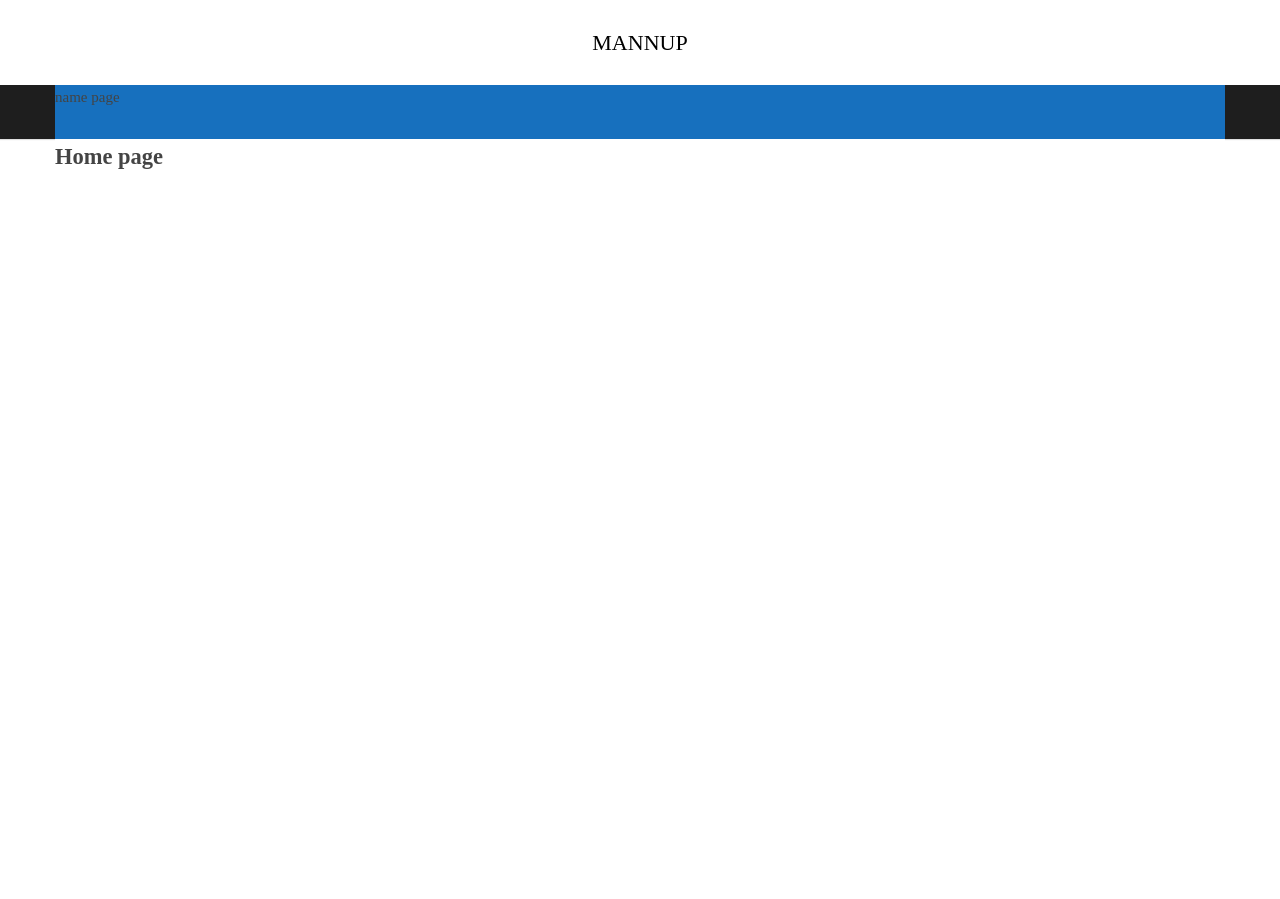
Repository: SyLe-Van/Make-Colorful
Page: /
These files come from the project's save history. The page is drawn as it stood at one moment and after the next save; the edit follows.
The browser window is 1280 px wide. The pictures show the whole page.
Some web fonts or font styles are not loaded; a fallback is used. The project was rebuilt for these pictures with package versions that can differ from the ones it lists, and the page was loaded fresh each time. Also part of the build but not shown: src/pages/cinema/index.js, src/pages/fashion/index.js, src/pages/grooming/index.js, src/pages/lifestyle/index.js, src/pages/contact/index.js.

Above is the page before, as saved 2023-10-10 21:58:38.

### src/index.js
import React from 'react';
import ReactDOM from 'react-dom/client';
import App from '~/App';
import reportWebVitals from './reportWebVitals';
import GlobalStyles from '~/components/GlobalStyles';
const root = ReactDOM.createRoot(document.getElementById('root'));
root.render(
    <React.StrictMode>
        <GlobalStyles>
            <App />
        </GlobalStyles>
    </React.StrictMode>,
);

// If you want to start measuring performance in your app, pass a function
// to log results (for example: reportWebVitals(console.log))
// or send to an analytics endpoint. Learn more: https://bit.ly/CRA-vitals
reportWebVitals();

### src/App.js
import { BrowserRouter as Router, Routes, Route } from 'react-router-dom';
import Home from '~/pages/home';
import Cinema from '~/pages/cinema';
import Fashion from '~/pages/fashion';
import Grooming from '~/pages/grooming';
import LifeStyle from '~/pages/lifestyle';
import { publicRoutes } from './routes';
import { Component } from 'react';
import { DefaultLayout } from '~/components/Layout';
import { Fragment } from 'react';
function App() {
    return (
        <Router>
            <div className="App">
                <Routes>
                    {publicRoutes.map((route, index) => {
                        const Layout = route.layout === null ? Fragment : DefaultLayout;
                        const Page = route.component;
                        return (
                            <Route
                                key={index}
                                path={route.path}
                                element={
                                    <Layout>
                                        <Page />
                                    </Layout>
                                }
                            />
                        );
                    })}
                </Routes>
            </div>
        </Router>
    );
}

export default App;

### src/routes/index.js
import Home from '~/pages/home';
import Cinema from '~/pages/cinema';
import Fashion from '~/pages/fashion';
import Grooming from '~/pages/grooming';
import LifeStyle from '~/pages/lifestyle';
import Contact from '~/pages/contact';
// dont need login to view
const publicRoutes = [
    { path: '/', component: Home },
    { path: '/cinema', component: Cinema },
    { path: '/fashion', component: Fashion },
    { path: '/grooming', component: Grooming },
    { path: '/lifestyle', component: LifeStyle },
    { path: '/contact', component: Contact, layout: null },
];

const privateRoutes = [];

export { publicRoutes, privateRoutes };

### src/components/GlobalStyles/GlobalStyles.scss
@import 'normalize.css';
@import url('https:; //fonts.googleapis.com/css2?family=Lato:ital,wght@0,400;0,700;1,400;1,700&family=Montserrat:ital,wght@0,400;0,700;1,400;1,700&family=Playfair+Display&family=Poppins:wght@300;400;600;700&display=swap');

:root {
    --primary: #f6f6f6;
}

* {
    box-sizing: border-box;
    margin: 0;
    padding: 0;
}
html {
    font-size: 40px;
}
body {
    font-family: 'Playfair Display', serif;
    line-height: 1.6;
    color: #444;
    font-size: 15px;
    text-rendering: optimizeSpeed;
}

### src/components/Layout/DefaultLayout/index.js
import Header from './Header';
import classNames from 'classnames/bind';
import styles from './DefaultLayout.module.scss';
import Sidebar from './Sidebar';

const cx = classNames.bind(styles);
function DefaultLayout({ children }) {
    return (
        <div className={cx('wrapper')}>
            <Header />
            <Sidebar />
            <div className={cx('container')}>
                <div className={cx('contain')}>{children}</div>
            </div>
        </div>
    );
}

export default DefaultLayout;

### src/components/Layout/DefaultLayout/Header/index.js
import styles from './Header.module.scss';
import classNames from 'classnames/bind';

const cx = classNames.bind(styles);

function Header() {
    return (
        <header className={cx('wrapper')}>
            <div className={cx('inner')}>MANNUP</div>
        </header>
    );
}

export default Header;

### src/components/Layout/DefaultLayout/DefaultLayout.module.scss
.wrapper {
    display: flex;
    flex-direction: column;
    align-items: center;
}
.container {
    width: 1170px;
    height: 760px;
    background-color: #ffffff;
}

### src/components/Layout/DefaultLayout/Sidebar/index.js
import styles from './Sidebar.module.scss';
import classNames from 'classnames/bind';

const cx = classNames.bind(styles);

function Sidebar() {
    return (
        <aside className={cx('wrapper')}>
            <div className={cx('container')}>
                <div className={cx('content')}>name page</div>
            </div>
        </aside>
    );
}

export default Sidebar;

### src/components/Layout/DefaultLayout/Header/Header.module.scss
.wrapper {
    height: 85px;
    width: 100%;
    box-shadow: 0px 1px 1px rgb(0 0 0 / 12%);
}
.inner {
    color: #000000;
    font-size: 22px;
    display: flex;
    justify-content: center;
    padding-top: 25px;
}

### src/components/Layout/DefaultLayout/Sidebar/Sidebar.module.scss
.wrapper {
    height: 54px;
    width: 100%;
    box-shadow: 0px 1px 1px rgb(0 0 0 / 12%);
    display: flex;
    justify-content: center;
    background-color: #1e1e1e;
}

.container {
    width: 1170px;
    display: flex;
    background-color: #ffffff;
}

.content {
    flex: 1;
    background-color: rgb(23, 112, 190);
}

Loaded but not shown: public/index.html (common file); src/reportWebVitals.js (common file); src/components/GlobalStyles/index.js (common file); src/pages/home/index.js (common file); src/components/Layout/index.js (common file)

After the next save:
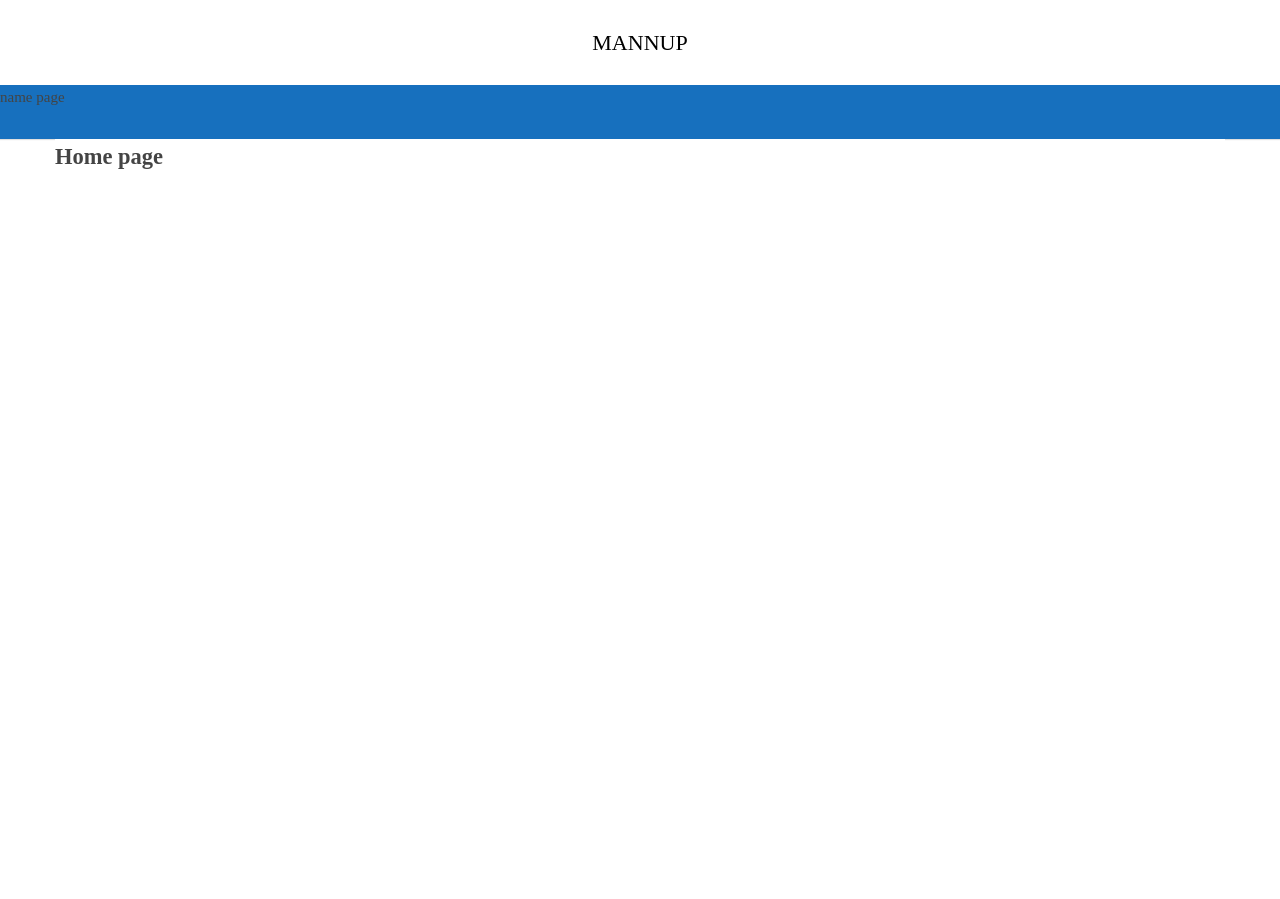
Saved 85 s later.
--- a/src/components/Layout/DefaultLayout/Sidebar/index.js
+++ b/src/components/Layout/DefaultLayout/Sidebar/index.js
@@ -6,9 +6,7 @@ const cx = classNames.bind(styles);
 function Sidebar() {
     return (
         <aside className={cx('wrapper')}>
-            <div className={cx('container')}>
-                <div className={cx('content')}>name page</div>
-            </div>
+            <div className={cx('content')}>name page</div>
         </aside>
     );
 }
